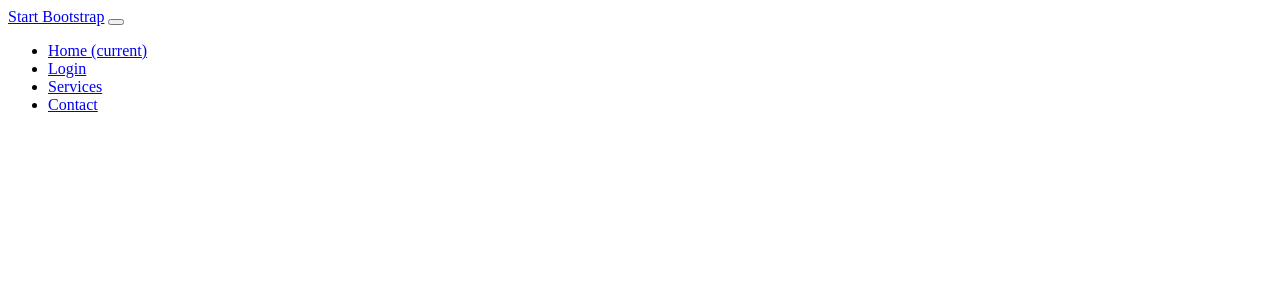
Repository: DuongVanMinhIT/JavaWeb
Page: http://localhost/new-jdbc/common/web/header.jsp
The author's editor kept a copy of each file at every save. The page is drawn from the files as they stood at one save, then again after the next save.
The browser window is 1280 px wide. The pictures show the whole page.
The page is served by Tomcat 9. Nobody is signed in. The application's start-up code is not run.

Above is the page before, as saved 2020-06-22 06:20:33.

After the next save:
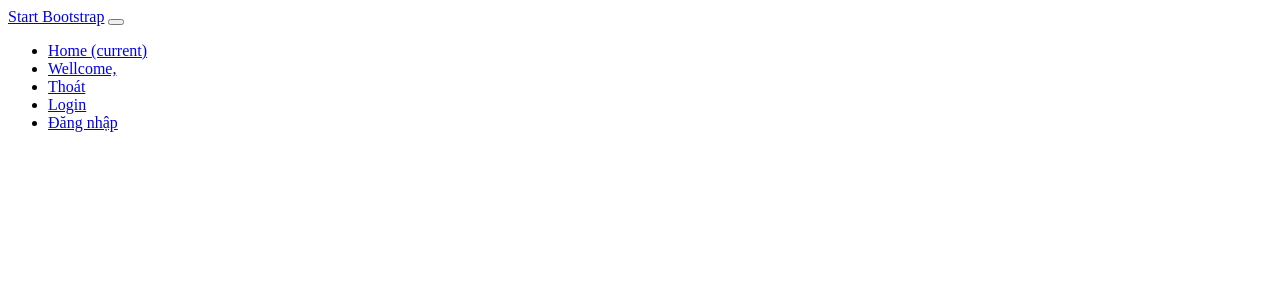
Saved 5 min 33 s later.
--- a/servlet/new-jdbc/src/main/webapp/common/web/header.jsp
+++ b/servlet/new-jdbc/src/main/webapp/common/web/header.jsp
@@ -14,15 +14,22 @@
               <span class="sr-only">(current)</span>
             </a>
           </li>
+          <c:if test="${not empty USERMODEL}">
+              <li class="nav-item">
+                <a class="nav-link" href='#'>Wellcome, ${USERMODEL.fullName}</a>
+              </li>
+              <li class="nav-item">
+                <a class="nav-link" href='<c:url value="/thoat?action=logout"/>'>Thoát</a>
+              </li>
+            </c:if>
           <li class="nav-item">
             <a class="nav-link" href='<c:url value="dang-nhap?action=login"/>'>Login</a>
           </li>
-          <li class="nav-item">
-            <a class="nav-link" href="#">Services</a>
-          </li>
-          <li class="nav-item">
-            <a class="nav-link" href="#">Contact</a>
-          </li>
+          <c:if test="${empty USERMODEL}">
+              <li class="nav-item">
+                <a class="nav-link" href='<c:url value="/dang-nhap?action=login"/>'>Đăng nhập</a>
+              </li>
+            </c:if>
         </ul>
       </div>
     </div>
